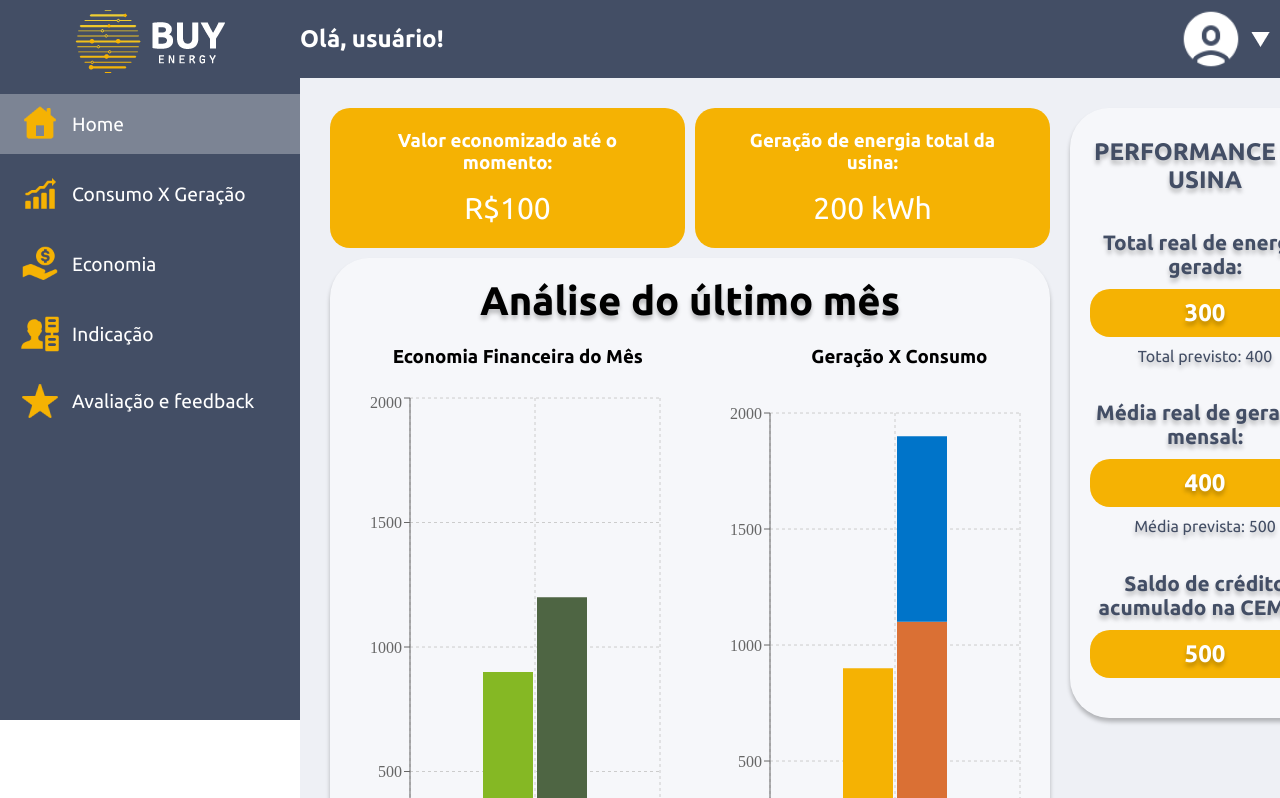
Repository: wolwerr/buyenergy-frontend
Page: /
These files come from the project's save history. The page is drawn as it stood at one moment and after the next save; the edit follows.
The browser window is 1280 px wide. The pictures show the whole page.
An inner scrolling area shows only its first screen. The project was rebuilt for these pictures with package versions that can differ from the ones it lists, and the page was loaded fresh each time. Also part of the build but not shown: src/pages/indicacao/IndicacaoStyle.js, src/pages/indicacao/IndicacaoPage.jsx, src/pages/feedback/FeedbackStyle.js, src/pages/feedback/Feedback.jsx, src/pages/login/LoginStyle.js, src/pages/login/LoginPage.jsx, src/pages/economia/EconomiaStyle.js, src/pages/economia/EconomiaPage.jsx and 10 more.

Above is the page before, as saved 2022-10-31 16:17:09.

After the next save:
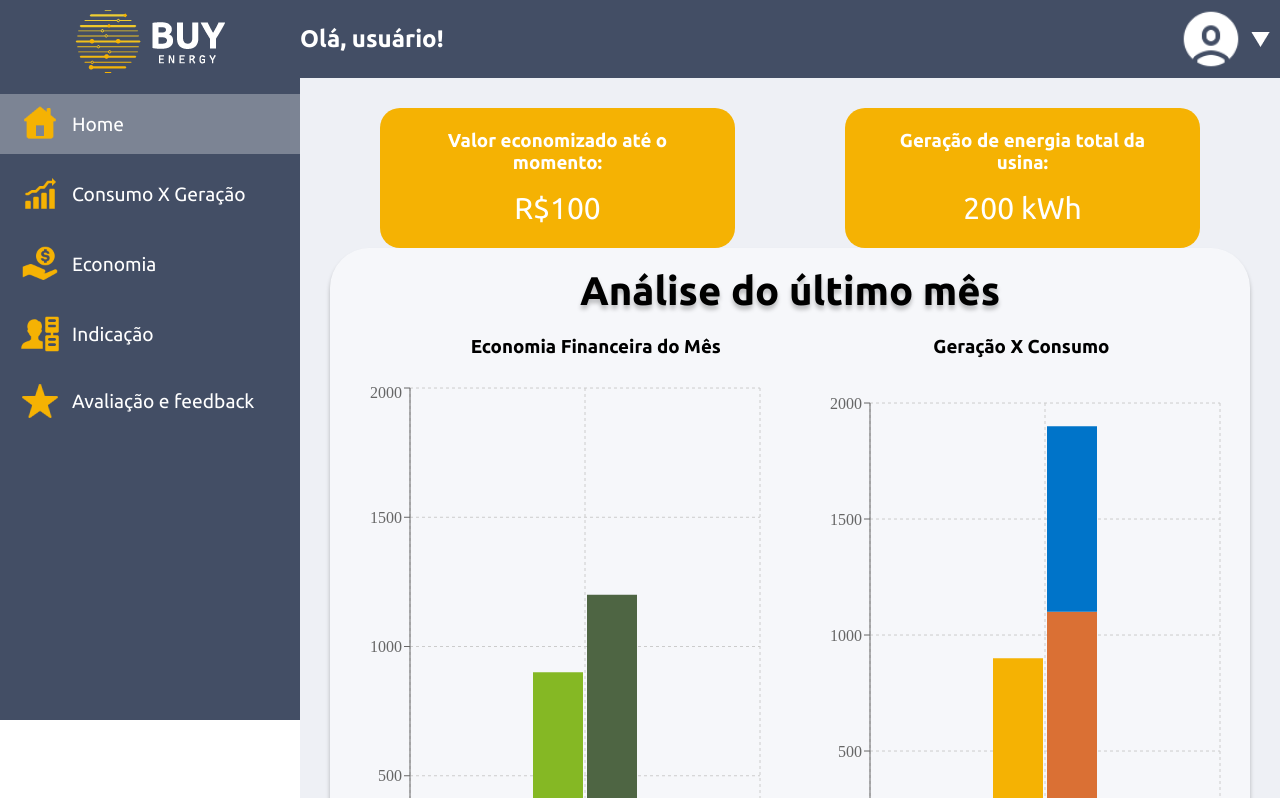
Saved 5 min 25 s later.
--- a/src/pages/home/HomePageStyle.js
+++ b/src/pages/home/HomePageStyle.js
@@ -2,9 +2,7 @@
 import { Link } from "react-router-dom";
 
 export const MainStyle = styled.div`
-  height: 80vh;
-  margin: 50px;
-  display: grid;
+
   grid-template-areas:
   "amarelo lateral"
   "grafico lateral"

After the save that followed:
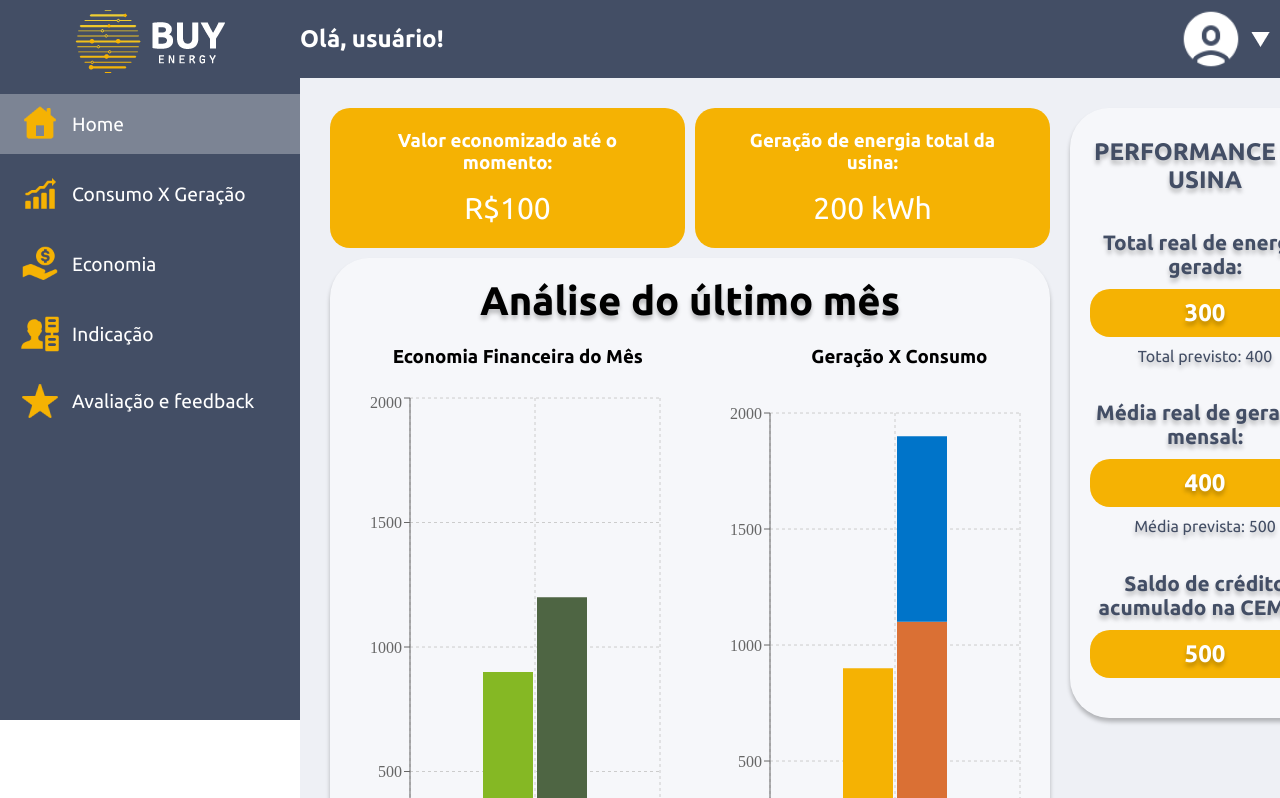
Saved 6 s later.
--- a/src/pages/home/HomePageStyle.js
+++ b/src/pages/home/HomePageStyle.js
@@ -2,7 +2,9 @@
 import { Link } from "react-router-dom";
 
 export const MainStyle = styled.div`
-
+  height: 80vh;
+  margin: 50px;
+  display: grid;
   grid-template-areas:
   "amarelo lateral"
   "grafico lateral"
